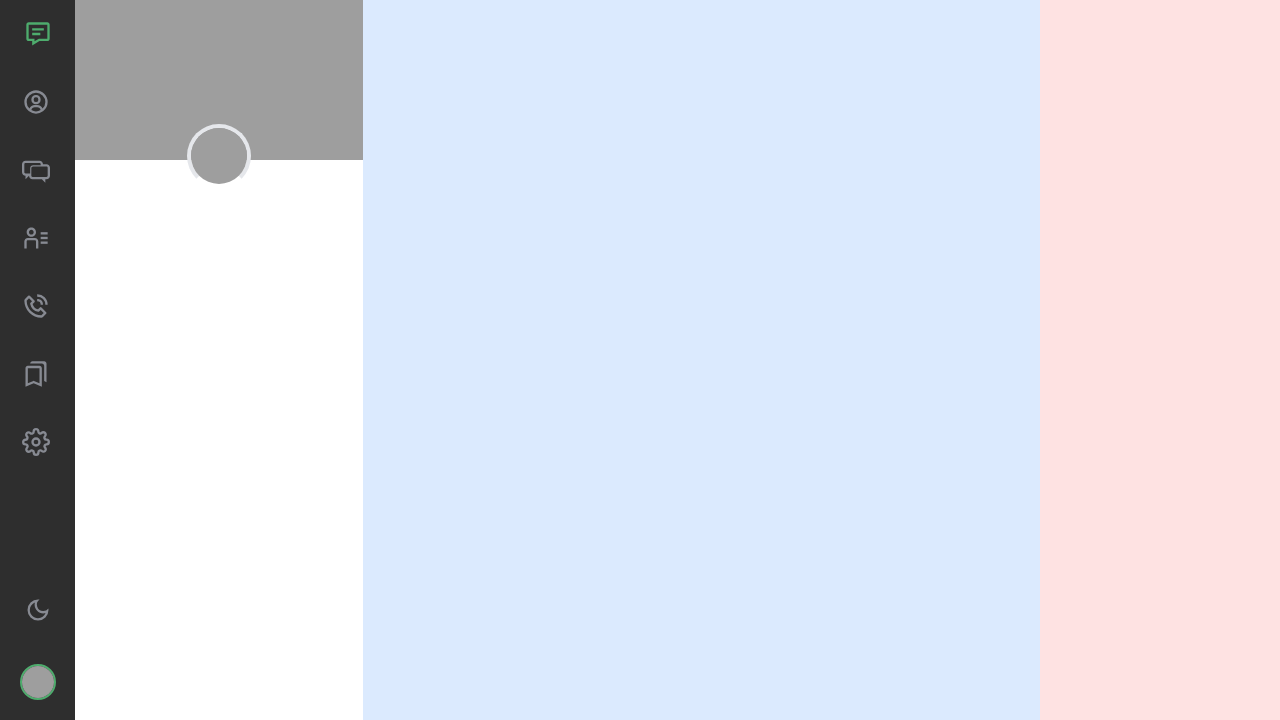
Repository: satya-ranjon/Chat-app
Page: /
The author's editor kept a copy of each file at every save. The page is drawn from the files as they stood at one save, then again after the next save.
The browser window is 1280 px wide. The pictures show the whole page.
Pictures or frames that could not be fetched are drawn as grey boxes. The project was rebuilt for these pictures with package versions that can differ from the ones it lists, and the page was loaded fresh each time.

Above is the page before, as saved 2022-03-31 03:28:42.

### src/index.js
import * as ReactDOMClient from "react-dom/client";
import "./index.css";
import App from "./App";

const root = ReactDOMClient.createRoot(document.getElementById("root"));
root.render(<App />);

### src/App.jsx
import React from "react";
// import Chats from "./components/Chats/Chats";
import MyProfile from "./components/MyProfile/MyProfile";
import SideBarManu from "./components/SideBarManu";
import UserChat from "./components/UserChat";
import UserProfileSidebar from "./components/UserProfileSidebar";

export default function App() {
  return (
    <div className="flex">
      <SideBarManu />
      {/* <Chats /> */}
      <MyProfile />
      <UserChat />
      <UserProfileSidebar />
    </div>
  );
}

### src/components/MyProfile/MyProfile.jsx
import React from "react";
import UserImage from "../UserImage";
const Image =
  "https://img.freepik.com/free-photo/interior-wall-mockup-green-wall-wooden-cabinet-3d-rendering_41470-3959.jpg?w=996";

export default function MyProfile() {
  return (
    <div className="sm:w-72 h-screen w-40 ">
      <div className="relative">
        <img src={Image} alt={Image} className="w-full h-40" />
        <UserImage className="w-16 h-16 rounded-full absolute  -bottom-7 sm:right-28 right-12  border-4 border-b-white" />
      </div>
    </div>
  );
}

### src/components/SideBarManu.jsx
import React, { useState } from "react";
import { BiMessageDetail, BiUserCircle, BiPhoneCall } from "react-icons/bi";
import { TiMessages } from "react-icons/ti";
import { CgUserList } from "react-icons/cg";

import {
  MdOutlineBookmarks,
  MdOutlineDarkMode,
  MdOutlineLightMode,
} from "react-icons/md";
import { FiSettings } from "react-icons/fi";
import UserImage from "./UserImage";

export default function SideBarManu() {
  const [toggle, setToggle] = useState(true);
  return (
    <div className="w-[75px] h-screen bg-[#2e2e2e] flex flex-col justify-between">
      <div className="flex flex-col">
        <BiMessageDetail
          color="#4eac6d"
          className="text-center  m-5 cursor-pointer mx-auto "
          size={28}
        />
        <div
          className={` ${
            toggle ? `border-[#2e2e2e]` : `border-[#4eac6d]`
          } border-r-4 transition-all duration-200  `}
          onClick={() => setToggle((prev) => !prev)}
        >
          <BiUserCircle
            color={toggle ? `#878a92` : `#4eac6d`}
            className="text-center  m-5 cursor-pointer mx-auto   "
            size={28}
          />
        </div>
        <div className="border-r-4 border-[#2e2e2e] transition-all duration-200 ">
          <TiMessages
            color="#878a92"
            className="text-center  m-5 cursor-pointer mx-auto"
            size={28}
          />
        </div>
        <div className="border-r-4 border-[#2e2e2e] transition-all duration-200 ">
          <CgUserList
            color="#878a92"
            className="text-center  m-5 cursor-pointer mx-auto"
            size={28}
          />
        </div>
        <div className="border-r-4 border-[#2e2e2e] transition-all duration-200 ">
          <BiPhoneCall
            color="#878a92"
            className="text-center  m-5 cursor-pointer mx-auto"
            size={28}
          />
        </div>
        <div className="border-r-4 border-[#2e2e2e] transition-all duration-200 ">
          <MdOutlineBookmarks
            color="#878a92"
            className="text-center  m-5 cursor-pointer mx-auto"
            size={28}
          />
        </div>
        <div className="border-r-4 border-[#2e2e2e] transition-all duration-200 ">
          <FiSettings
            color="#878a92"
            className="text-center  m-5 cursor-pointer mx-auto"
            size={28}
          />
        </div>
      </div>
      <div className="flex flex-col">
        <MdOutlineDarkMode
          color="#878a92"
          className="text-center  m-5 cursor-pointer mx-auto"
          size={28}
        />
        {/* <MdOutlineLightMode
          color="#878a92"
          className="text-center  m-5 cursor-pointer mx-auto"
          size={28}
        /> */}
        <UserImage className="w-9 h-9 rounded-full mx-auto  m-5 border-2 border-[#4eac6d]" />
      </div>
    </div>
  );
}

### src/components/UserChat.jsx
import React from "react";

export default function UserChat() {
  return <div className="flex-grow h-screen bg-blue-100"></div>;
}

### src/components/UserProfileSidebar.jsx
import React from "react";

export default function UserProfileSidebar() {
  return <div className="w-60 h-screen bg-red-100"></div>;
}

### src/components/UserImage.jsx
import React from "react";

export default function UserImage({ className }) {
  return (
    <img
      className={className}
      src="https://media.istockphoto.com/photos/smiling-man-outdoors-in-the-city-picture-id1179420343"
      alt="profile pic"
    />
  );
}

Loaded but not shown: public/index.html (common file); src/index.css (common file); tailwind.config.js (common file)

After the next save:
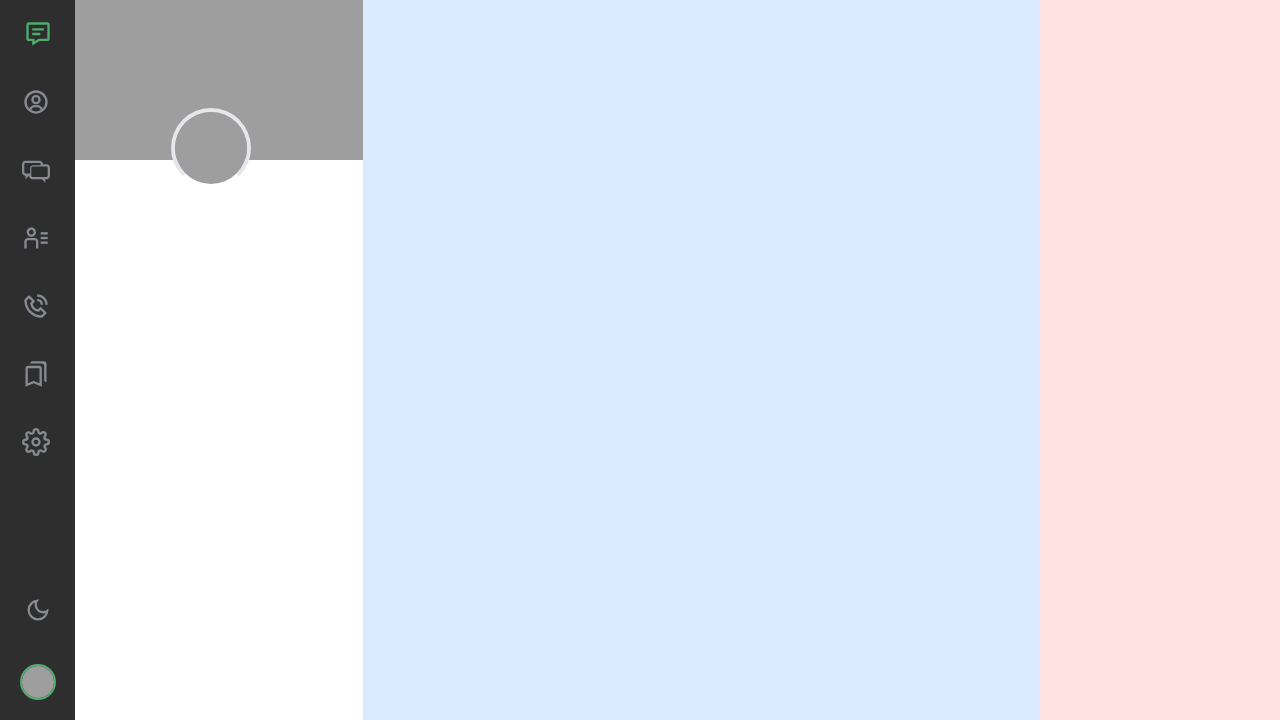
Saved 33 s later.
--- a/src/components/MyProfile/MyProfile.jsx
+++ b/src/components/MyProfile/MyProfile.jsx
@@ -8,7 +8,7 @@
     <div className="sm:w-72 h-screen w-40 ">
       <div className="relative">
         <img src={Image} alt={Image} className="w-full h-40" />
-        <UserImage className="w-16 h-16 rounded-full absolute  -bottom-7 sm:right-28 right-12  border-4 border-b-white" />
+        <UserImage className="w-20 h-20 rounded-full absolute  -bottom-7 sm:right-28 right-12  border-4 border-b-white" />
       </div>
     </div>
   );

After the save that followed:
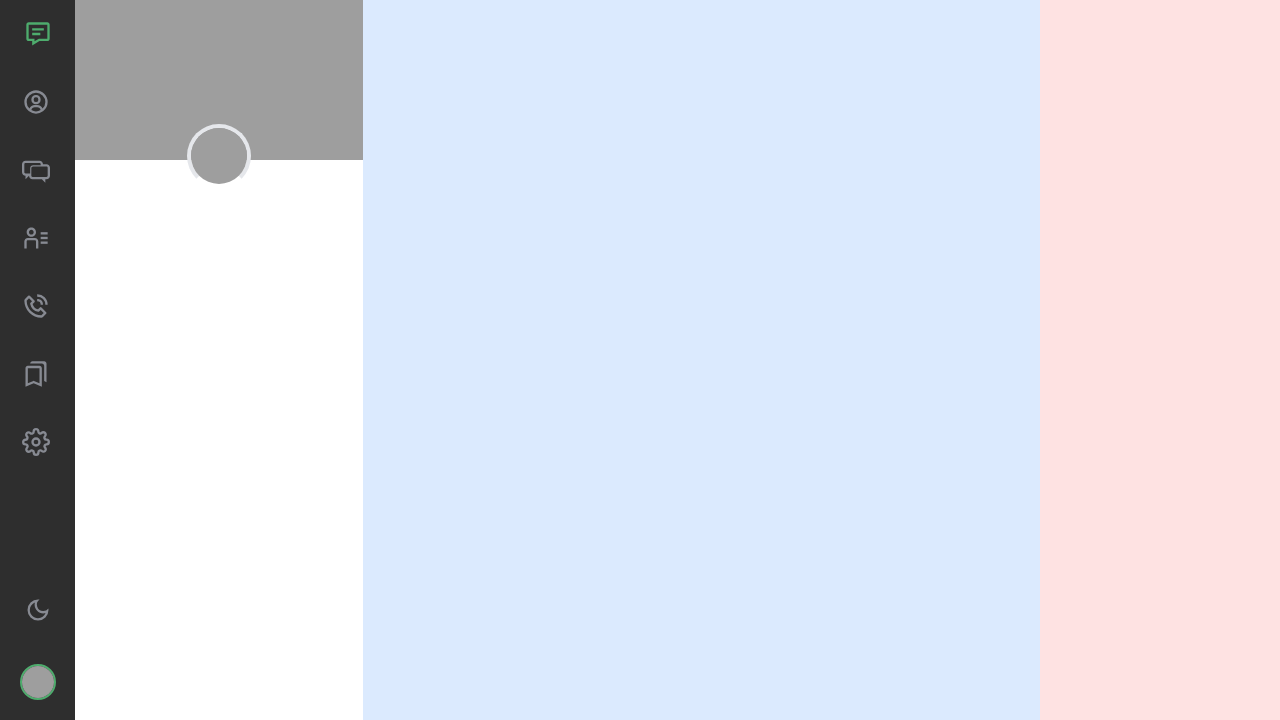
Saved 18 s later.
--- a/src/components/MyProfile/MyProfile.jsx
+++ b/src/components/MyProfile/MyProfile.jsx
@@ -8,7 +8,7 @@
     <div className="sm:w-72 h-screen w-40 ">
       <div className="relative">
         <img src={Image} alt={Image} className="w-full h-40" />
-        <UserImage className="w-20 h-20 rounded-full absolute  -bottom-7 sm:right-28 right-12  border-4 border-b-white" />
+        <UserImage className="w-16 h-16 rounded-full absolute  -bottom-7 sm:right-28 right-12  border-4 border-b-white" />
       </div>
     </div>
   );
